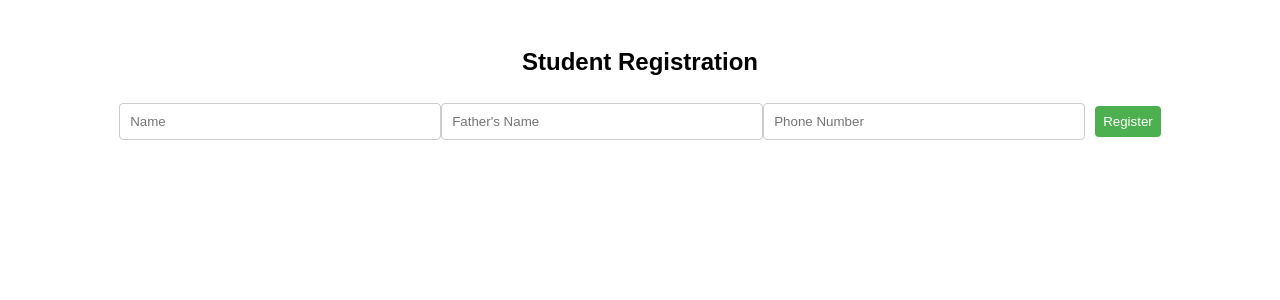
Repository: pripriya09/StudentID-Card-Download
Page: / (app in frontend/)
The author's editor kept a copy of each file at every save. The page is drawn from the files as they stood at one save, then again after the next save.
The browser window is 1280 px wide. The pictures show the whole page.
The project was rebuilt for these pictures with package versions that can differ from the ones it lists, and the page was loaded fresh each time. Also part of the build but not shown: frontend/vite.config.js.

Above is the page before, as saved 2025-01-07 11:56:26.

After the next save:
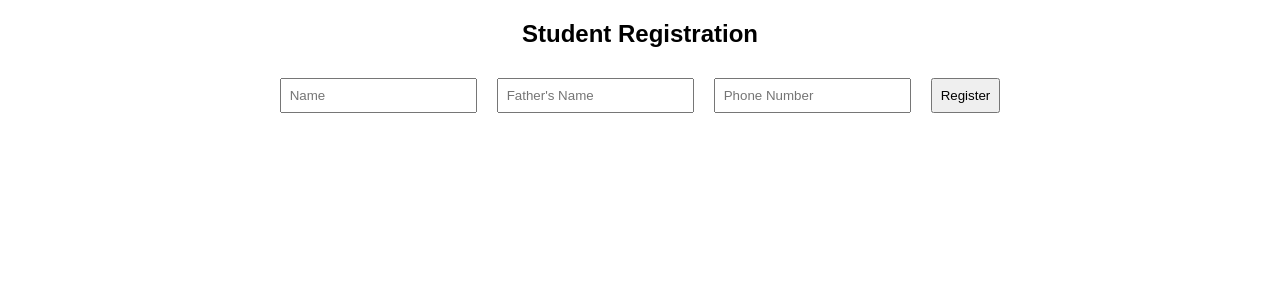
Saved 3 s later.
--- a/frontend/src/App.css
+++ b/frontend/src/App.css
@@ -12,78 +12,5 @@ form input, form button {
   border: 1px solid #ccc;
   padding: 15px;
   width: 300px;
-  margin: 2   0px auto;
+  margin: 20px auto;
 }
-
-
-.App {
-  font-family: Arial, sans-serif;
-  padding: 20px;
-}
-
-form {
-  margin-bottom: 20px;
-}
-
-input[type="text"],
-input[type="tel"],
-input[type="file"] {
-  margin: 5px 0;
-  padding: 10px;
-  width: 100%;
-  max-width: 300px;
-  border: 1px solid #ccc;
-  border-radius: 4px;
-}
-
-button {
-  padding: 10px 20px;
-  background-color: #4CAF50;
-  color: white;
-  border: none;
-  border-radius: 4px;
-  cursor: pointer;
-}
-
-button:hover {
-  background-color: #45a049;
-}
-
-.id-card {
-  display: flex;
-  align-items: center;
-  border: 2px solid #ccc;
-  padding: 10px;
-  width: 400px;
-  margin-top: 20px;
-  background-color: #f9f9f9;
-}
-
-.id-card-image {
-  flex: 1;
-  margin-right: 20px;
-}
-
-.student-image {
-  width: 100px;
-  height: 100px;
-  object-fit: cover;
-  border-radius: 50%;
-}
-
-.id-card-info {
-  flex: 2;
-}
-
-h3 {
-  margin-top: 0;
-}
-
-button {
-  margin-top: 10px;
-  margin-right: 10px;
-}
-
-button:last-child {
-  margin-right: 0;
-}
